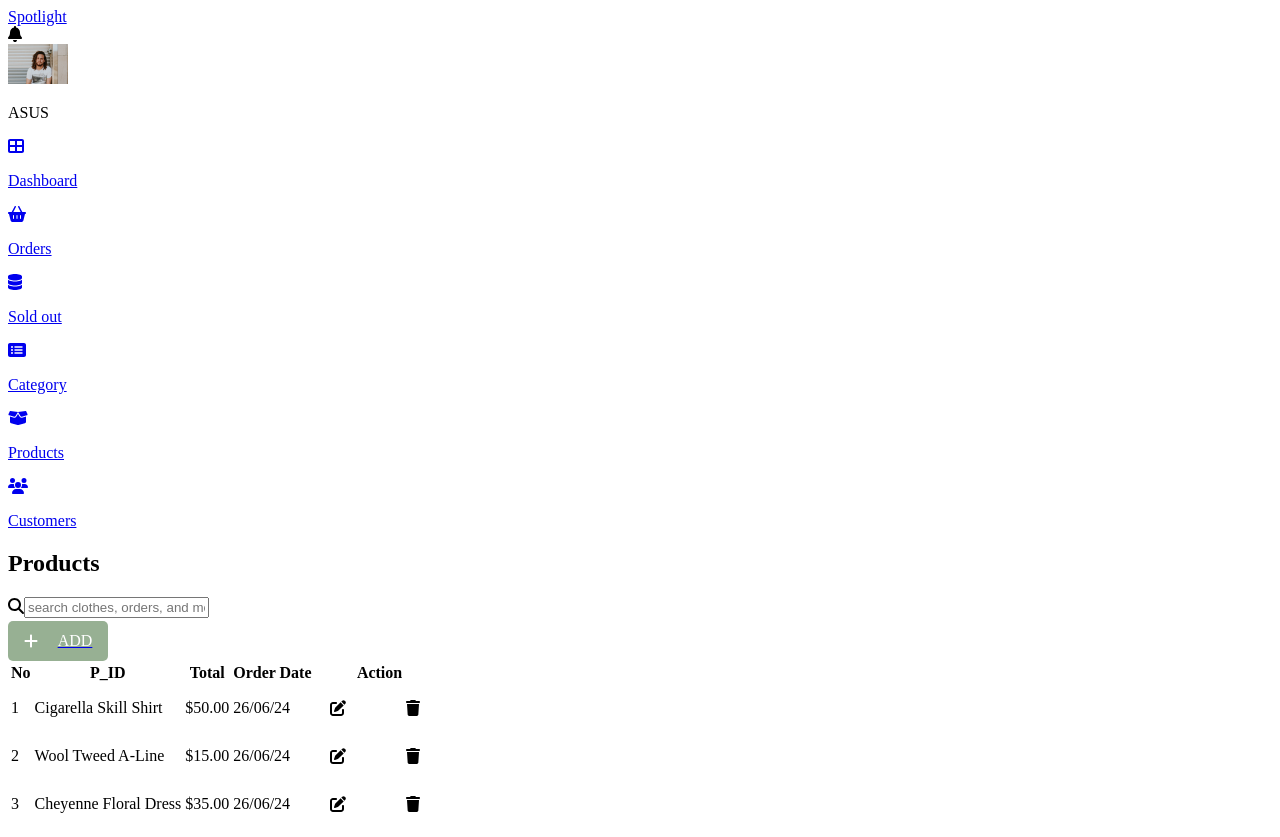
Repository: pin-seavmuy/Spotlight-POS
Page: /category
The author's editor kept a copy of each file at every save. The page is drawn from the files as they stood at one save, then again after the next save.
The browser window is 1280 px wide. The pictures show the whole page.
Some web fonts or font styles are not loaded; a fallback is used. The project was rebuilt for these pictures with package versions that can differ from the ones it lists, and the page was loaded fresh each time. Also part of the build but not shown: vue.config.js, src/components/Orders.vue, src/components/Products.vue, src/components/Customers.vue, src/components/AddCategory.vue.

Above is the page before, as saved 2024-06-26 17:52:00.

After the next save:
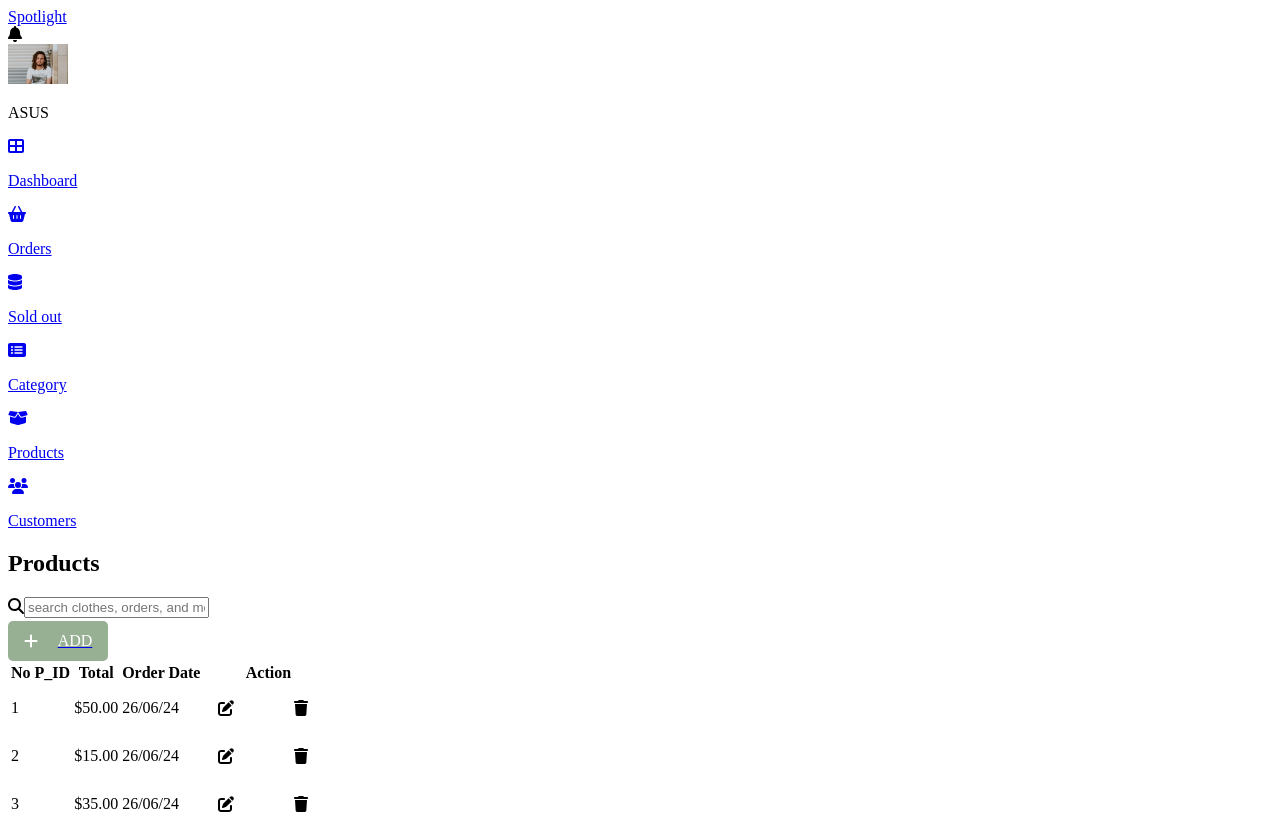
Saved 18 s later.
--- a/src/components/Category.vue
+++ b/src/components/Category.vue
@@ -74,7 +74,7 @@
             <tbody>
               <tr v-for="(order, index) in orders" :key="order.id">
                 <td>{{ index + 1 }}</td>
-                <td>{{ order.product }}</td>
+                <td>{{ order.productID }}</td>
                 <td>{{ order.total }}</td>
                 <td>{{ order.orderDate }}</td>
                 <td class="action">
